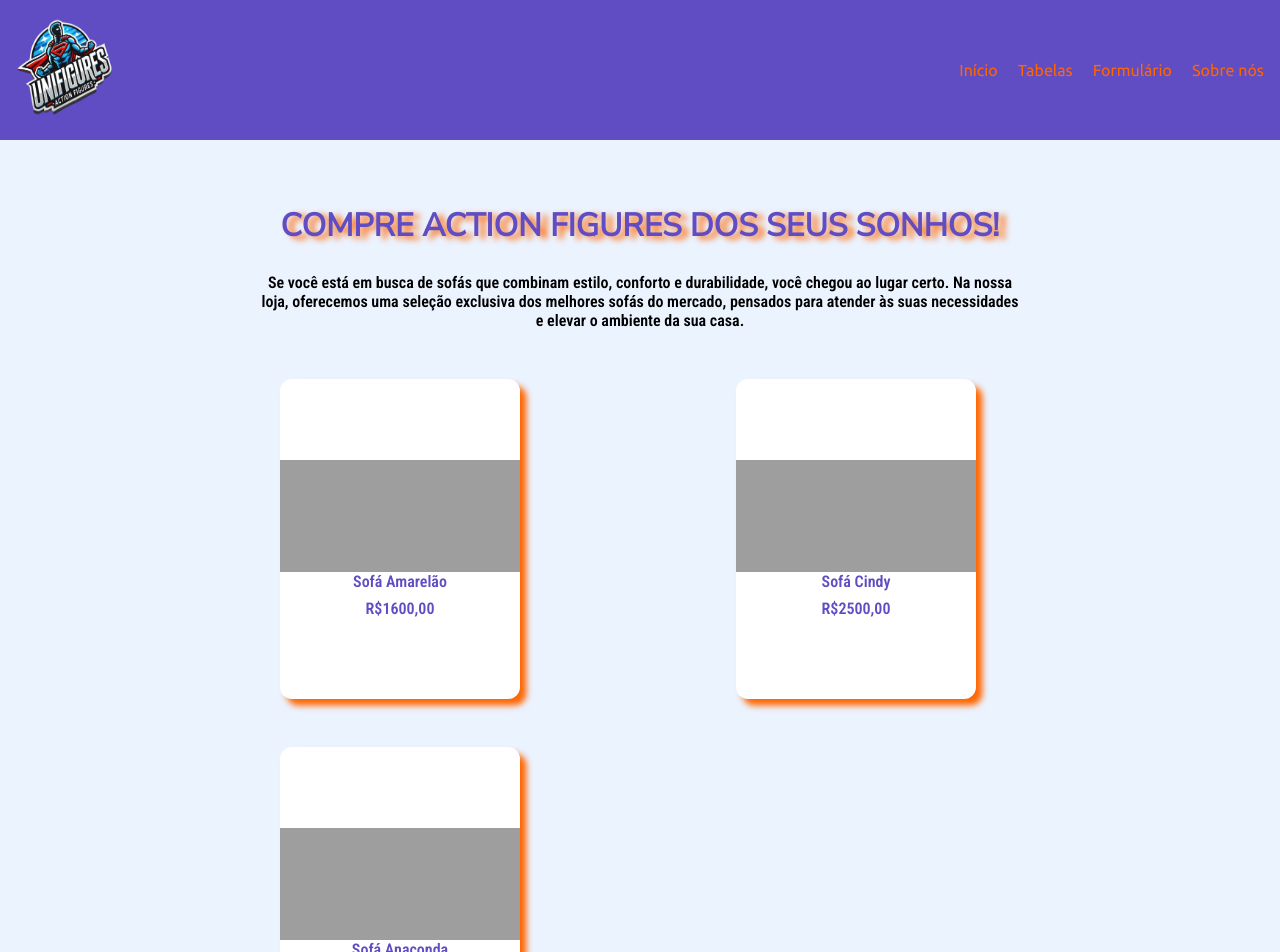
Repository: rafaelhaltarribaFacul/projeto-site
Page: home.html
The author's editor kept a copy of each file at every save. The page is drawn from the files as they stood at one save, then again after the next save.
The browser window is 1280 px wide. The pictures show the part of the page from y = 0 to 952 px (the page is 1788 px tall before and 1750 px after).
Pictures or frames that could not be fetched are drawn as grey boxes. A picture or video elsewhere on the page could not be fetched, so the positions and the page height are approximate. Some web fonts or font styles are not loaded; a fallback is used.

Above is the page before, as saved 2024-09-19 20:36:16.

After the next save:
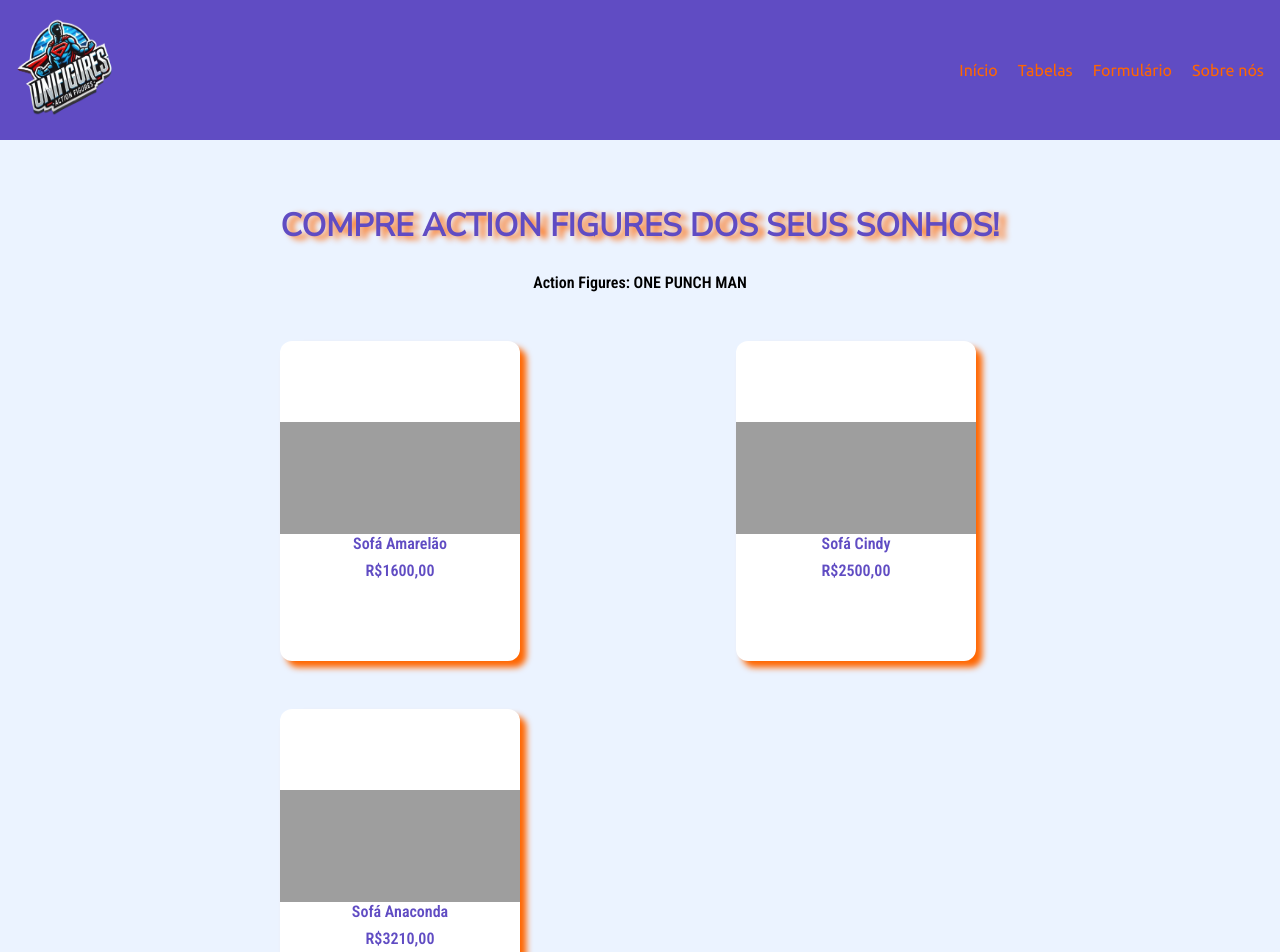
Saved 41 s later.
--- a/home.html
+++ b/home.html
@@ -26,10 +26,7 @@
           <h1>COMPRE ACTION FIGURES DOS SEUS SONHOS!</h1>
         </div>
         <p>
-          Se você está em busca de sofás que combinam estilo, conforto e
-          durabilidade, você chegou ao lugar certo. Na nossa loja, oferecemos uma
-          seleção exclusiva dos melhores sofás do mercado, pensados para atender
-          às suas necessidades e elevar o ambiente da sua casa.
+          Action Figures: ONE PUNCH MAN
         </p>
       </div>
 
